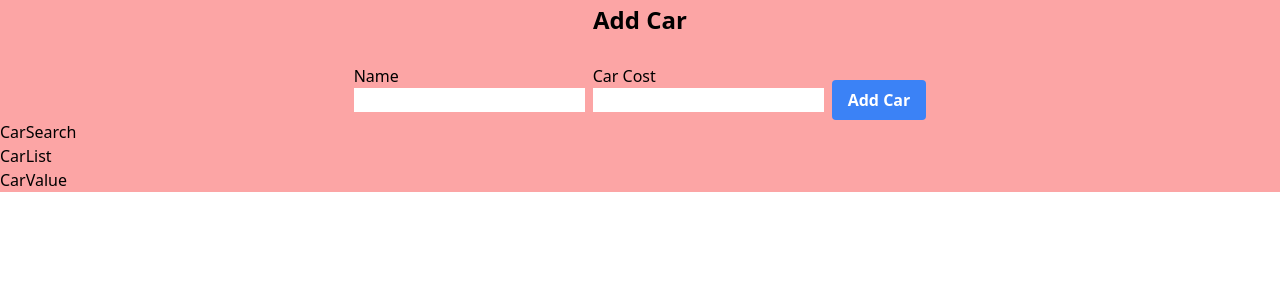
Repository: Marhamat92/carsappreduxtoolkit
Page: /
The author's editor kept a copy of each file at every save. The page is drawn from the files as they stood at one save, then again after the next save.
The browser window is 1280 px wide. The pictures show the whole page.
The project was rebuilt for these pictures with package versions that can differ from the ones it lists, and the page was loaded fresh each time.

Above is the page before, as saved 2023-01-23 21:04:48.

After the next save:
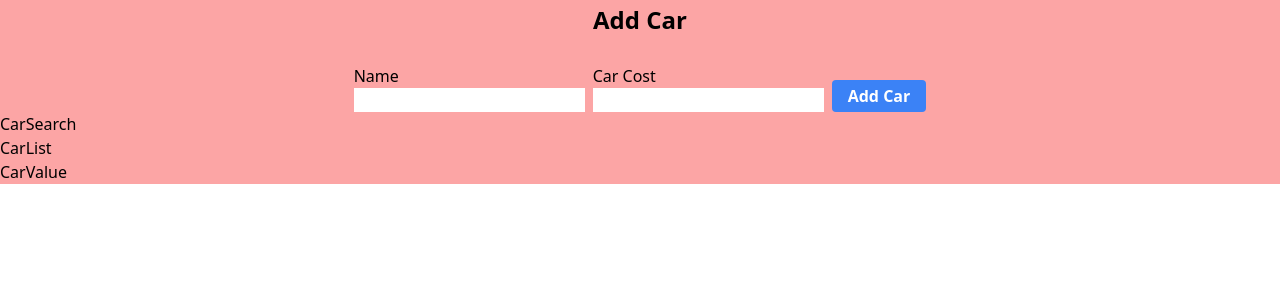
Saved 25 s later.
--- a/src/components/CarForm.js
+++ b/src/components/CarForm.js
@@ -14,7 +14,7 @@ function CarForm() {
             <label htmlFor='price'>Car Cost</label>
             <input type='text' name='price' id='price' />
           </div>
-          <button className='bg-blue-500 hover:bg-blue-700 text-white font-bold py-2 px-4 rounded mt-4' type='submit'>Add Car</button>
+          <button className='bg-blue-500 hover:bg-blue-700 text-white font-bold  px-4 rounded mt-4' type='submit'>Add Car</button>
         </form>
       </div>
     </div>
